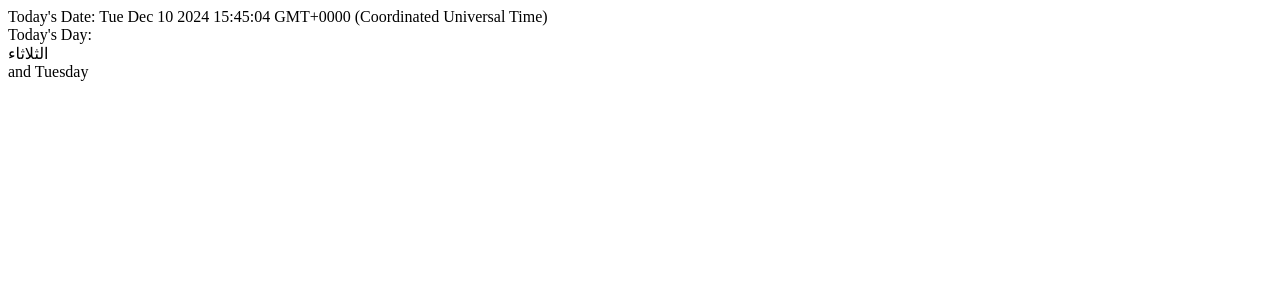
Repository: not-midozayn/JavaScript-Practice
Page: html-css-js-bootstrap labs solutions/CSTD lab 5/3.html
An editor plug-in stored every save of this project. The page is shown before and after the next save, followed by the edit.
The browser window is 1280 px wide. The pictures show the whole page.

Above is the page before, as saved 2025-05-18 23:29:51.

### html-css-js-bootstrap labs solutions/CSTD lab 5/3.html
<!DOCTYPE html>
<html lang="en">
<head>

    <title>3</title>
</head>
<body>
    <script>
        // var Days = ["Sunday","Monday","Tuesday","Wednesday","thursday","Friday","saturday"]
        var today = new Date();
        var dayAr_Eg = today.toLocaleDateString("ar-EG", { weekday: "long" });
        var dayEn_US = today.toLocaleDateString("en-US", { weekday: "long" });
        document.write(`Today's Date: ${today}</br> Today's Day: </br>${dayAr_Eg}<br> and ${dayEn_US}`);
        // document.write(Days[day]);
    </script>
</body>
</html>

After the next save:
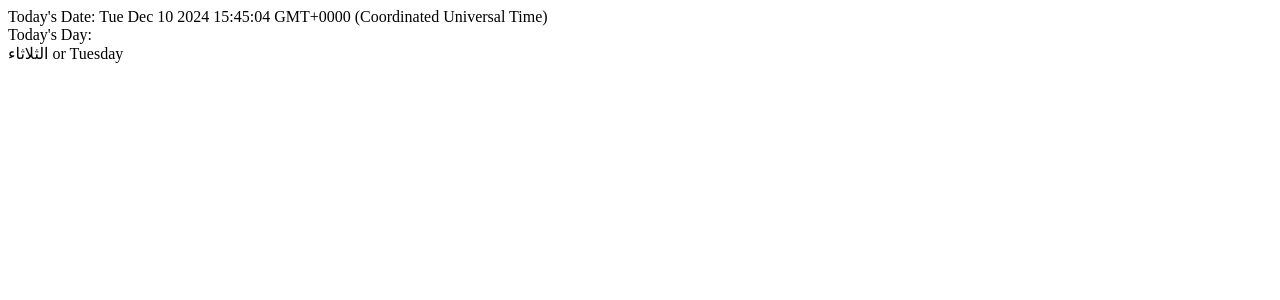
Saved 14 s later.
--- a/html-css-js-bootstrap labs solutions/CSTD lab 5/3.html
+++ b/html-css-js-bootstrap labs solutions/CSTD lab 5/3.html
@@ -10,7 +10,7 @@
         var today = new Date();
         var dayAr_Eg = today.toLocaleDateString("ar-EG", { weekday: "long" });
         var dayEn_US = today.toLocaleDateString("en-US", { weekday: "long" });
-        document.write(`Today's Date: ${today}</br> Today's Day: </br>${dayAr_Eg}<br> and ${dayEn_US}`);
+        document.write(`Today's Date: ${today}</br> Today's Day: </br>${dayAr_Eg} or ${dayEn_US}`);
         // document.write(Days[day]);
     </script>
 </body>
